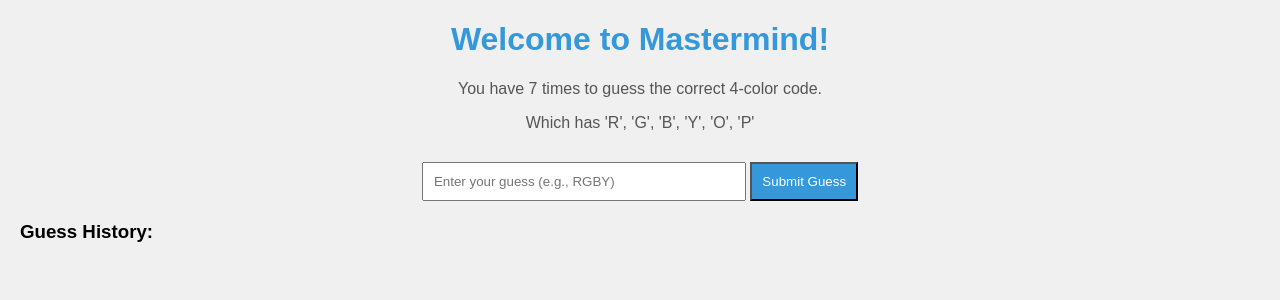
Repository: cheasopheaknita/Mastermind_Game
Page: http://localhost/
An editor plug-in stored every save of this project. The page is shown before and after the next save, followed by the edit.
The browser window is 1280 px wide. The pictures show the whole page.
The page is served by the project's application, run on Flask 3 (mastermind_project/app.py).

Above is the page before, as saved 2024-02-06 02:00:49.

After the next save:
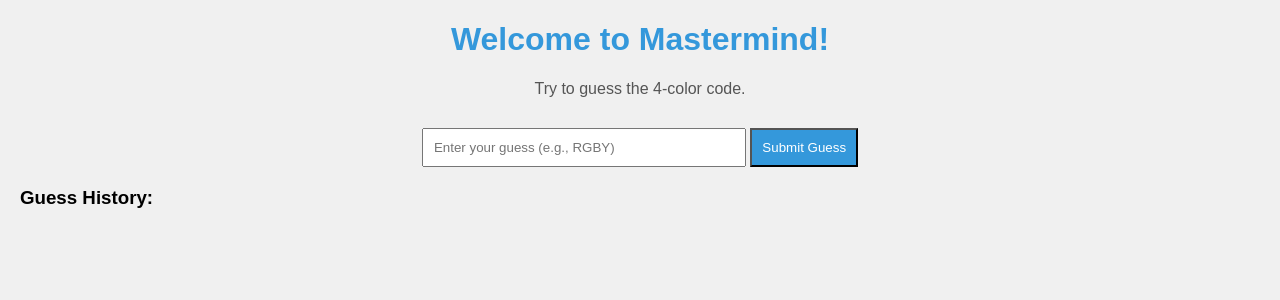
Saved 2 min 55 s later.
--- a/mastermind_project/templates/mastermind_game.html
+++ b/mastermind_project/templates/mastermind_game.html
@@ -70,8 +70,8 @@
 </head>
 <body>
     <h1>Welcome to Mastermind!</h1>
-    <p>You have 7 times to guess the correct 4-color code.</p>
-    <p>Which has 'R', 'G', 'B', 'Y', 'O', 'P'</p>
+    <p>Try to guess the 4-color code.</p>
+
     <div id="result"></div>
 
     <input type="text" id="userGuess" placeholder="Enter your guess (e.g., RGBY)" size="30">
@@ -84,62 +84,41 @@
 
     <div id="gameOverMessage"></div>
 
+    <button onclick="restartGame()" id="restartButton" style="display: none;">Play Again</button>
+
     <script>
         var remainingGuesses = 7;
 
         function submitGuess() {
             if (remainingGuesses > 0) {
-                var userGuess = document.getElementById("userGuess").value;
+                // Your existing code for submitting a guess
 
-                fetch('/submit_guess', {
-                    method: 'POST',
-                    headers: {
-                        'Content-Type': 'application/json',
-                    },
-                    body: JSON.stringify({ guess: userGuess }),
-                })
-                .then(response => response.json())
-                .then(data => {
-                    // Handle the response from Flask
-                    document.getElementById("result").innerText = data.result || data.error;
-                    updateGuessHistory(userGuess, data.result || data.error);
-
-                    remainingGuesses--;
-                    updateRemainingGuesses();
-
-                    if (remainingGuesses === 0) {
-                        disableGuessInput();
-                        displayGameOverMessage();
-                    }
-                })
-                .catch(error => {
-                    console.error('Error:', error);
-                });
+                if (remainingGuesses === 0) {
+                    disableGuessInput();
+                    displayGameOverMessage();
+                    showRestartButton();
+                }
             }
         }
 
-        function updateGuessHistory(guess, result) {
-            var historyList = document.getElementById("guessHistory");
-            var listItem = document.createElement("li");
-            listItem.appendChild(document.createTextNode(`Guess: ${guess} - Result: ${result}`));
+        function restartGame() {
+            // Reset the game state
+            remainingGuesses = 7;
+            document.getElementById("userGuess").value = "";
+            document.getElementById("result").innerText = "";
+            document.getElementById("guessHistory").innerHTML = "";
+            document.getElementById("gameOverMessage").innerText = "";
+            hideRestartButton();
 
-            // Add a class based on the result for styling
-            listItem.classList.add(result === '4 correct color and position' ? 'correct' : 'incorrect');
-
-            historyList.appendChild(listItem);
+            // Your existing code to enable input and submit button
         }
 
-        function updateRemainingGuesses() {
-            document.getElementById("remainingGuesses").innerText = `Remaining Guesses: ${remainingGuesses}`;
+        function showRestartButton() {
+            document.getElementById("restartButton").style.display = "block";
         }
 
-        function disableGuessInput() {
-            document.getElementById("userGuess").disabled = true;
-            document.getElementById("guessButton").disabled = true;
-        }
-
-        function displayGameOverMessage() {
-            document.getElementById("gameOverMessage").innerText = "Game Over! You've used all 7 attempts.";
+        function hideRestartButton() {
+            document.getElementById("restartButton").style.display = "none";
         }
     </script>
 </body>
